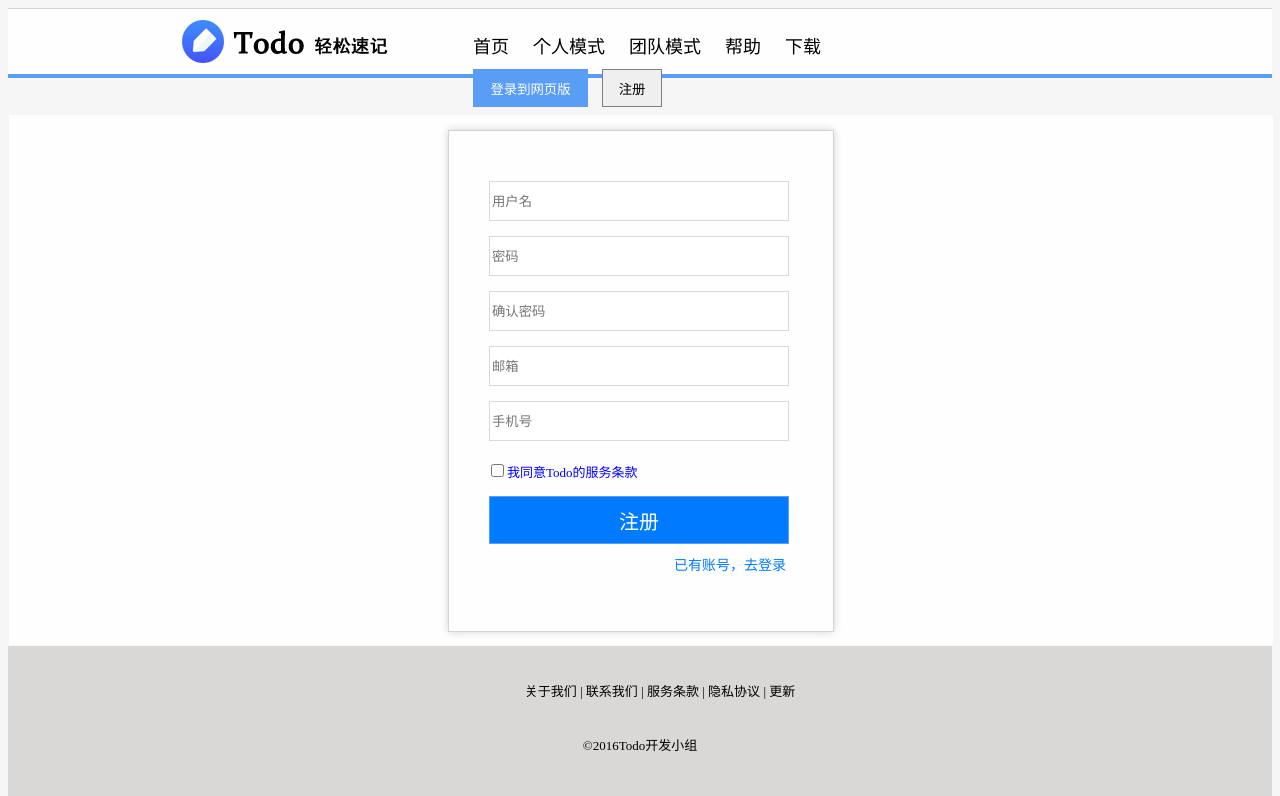
Repository: lengchang/Todo
Page: http://localhost/Todoweb/register.jsp
An editor plug-in stored every save of this project. The page is shown before and after the next save, followed by the edit.
The browser window is 1280 px wide. The pictures show the whole page.
The page is served by Tomcat 9. The template is opened directly, without the code that normally fills it, so the values that code supplies are empty.

Above is the page before, as saved 2016-12-13 16:27:50.

After the next save:
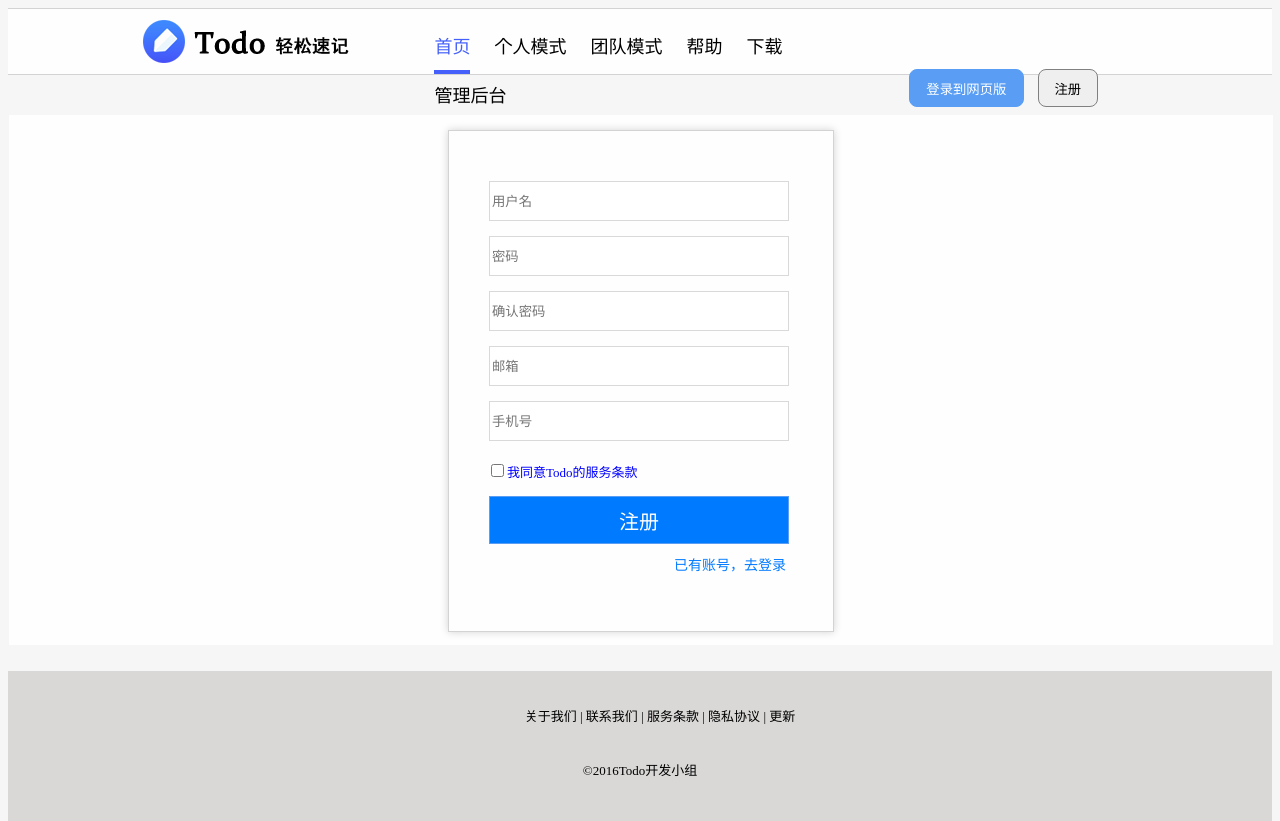
Saved 3 min 48 s later.
--- a/Todoweb/WebContent/Master/nav.jsp
+++ b/Todoweb/WebContent/Master/nav.jsp
@@ -1,5 +1,8 @@
 <%@ page pageEncoding="UTF-8"%>
 <%@ taglib prefix="s" uri="/struts-tags"%>
+
+<link rel="stylesheet" type="text/css" href="./css/index.css" />
+
 <div id="top_logo">
 	<a href="/Todoweb/index.jsp"> <img src="./img/logo.png">
 	</a>
